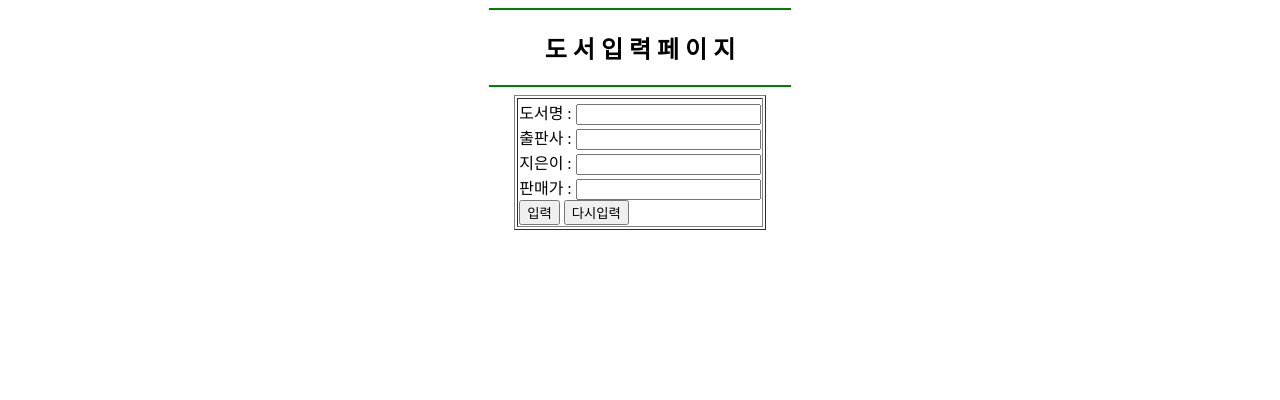
Repository: sungeunbyeol/Nowon-ezen-jsp
Page: http://localhost/jspBook/book/book.jsp
The author's editor kept a copy of each file at every save. The page is drawn from the files as they stood at one save, then again after the next save.
The browser window is 1280 px wide. The pictures show the whole page.
The page is served by Tomcat 9. Other server files are loaded and not shown.

Above is the page before, as saved 2021-11-04 05:32:18.

### jspBook/WebContent/book/book.jsp
<%@ page language="java" contentType="text/html; charset=EUC-KR"
    pageEncoding="EUC-KR"%>
<!DOCTYPE html>
<html>
<head>
<meta charset="EUC-KR">
<title>도서관리프로그램</title>
</head>
<body>
	<div align="center">
	<hr color = "green" width="300">
	<h2>도 서 입 력 페 이 지</h2>
	<hr color = "green" width="300">
		<form name="f" action="insert.jsp" method="post">
			<table border="1">
				<tr>
					<td>
					도서명 : <input type="text" name="bookname"> <br>
					출판사 : <input type="text" name="publisher"> <br>
					지은이 : <input type="text" name="writer"> <br>
					판매가 : <input type="text" name="price"> <br>
					<input type="submit" value="입력">
					<input type="reset" value="다시입력">
					</td>
				</tr>
			</table>
		</form>
	</div>
</body>
</html>

After the next save:
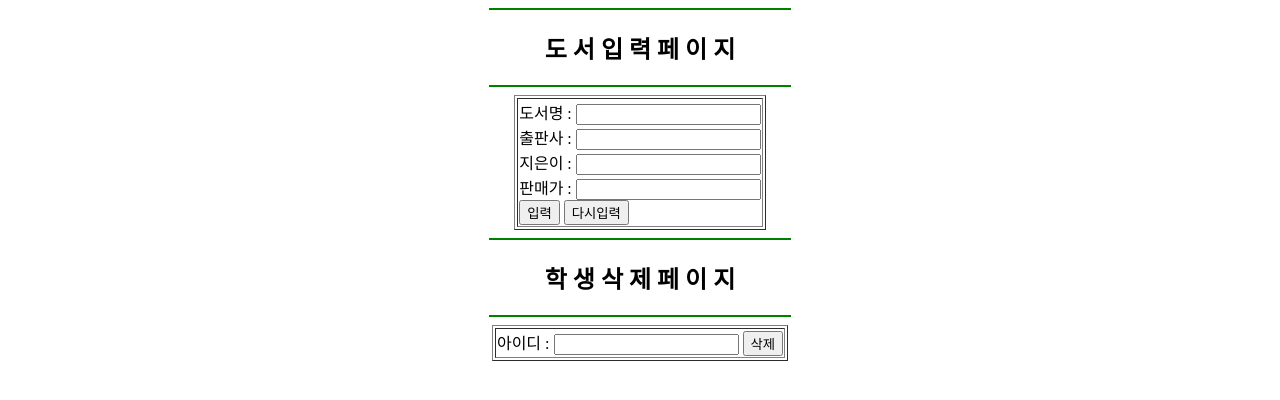
Saved 50 s later.
--- a/jspBook/WebContent/book/book.jsp
+++ b/jspBook/WebContent/book/book.jsp
@@ -25,6 +25,19 @@
 				</tr>
 			</table>
 		</form>
+		<hr color="green" width="300">
+		<h2>학 생 삭 제 페 이 지</h2>
+		<hr color="green" width="300">
+		<form name="f" action="delete.jsp" method="post">
+			<table border="1">
+				<tr>
+					<td>
+						아이디 : <input type="text" name="id">
+						<input type="submit" value="삭제">
+					</td>
+				</tr>
+			</table>
+		</form>
 	</div>
 </body>
 </html>
